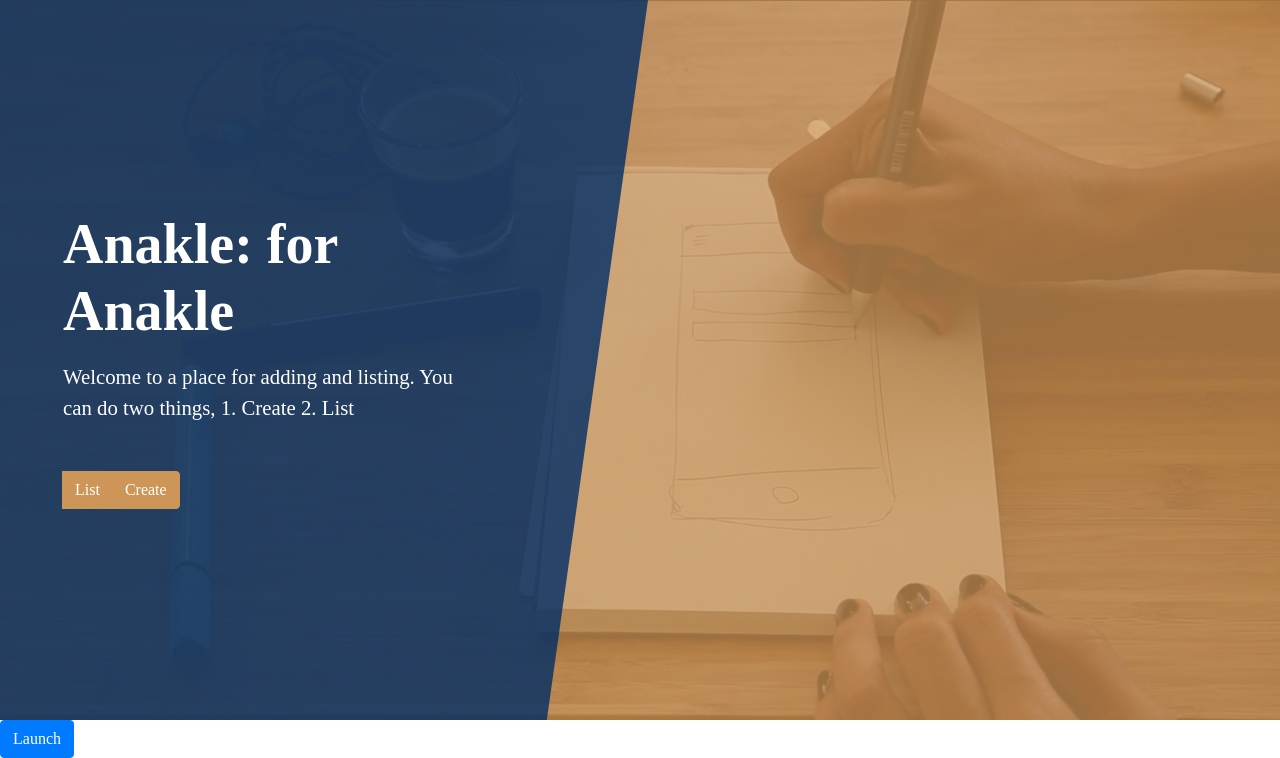
Repository: Guruscode/mega-list
Page: http://localhost/
An editor plug-in stored every save of this project. The page is shown before and after a run of saves, followed by the edit.
The browser window is 1280 px wide. The pictures show the whole page.
Some web fonts or font styles are not loaded; a fallback is used. The page is run by PHP 8.4 with error messages shown; the project is at /var/www/html/.

Above is the page before, as saved 2018-02-22 16:20:07.
Console error: TypeError: Cannot read properties of undefined (reading 'fn')

### index.php
<!DOCTYPE html>
<html lang="en">
<head>
    <meta charset="UTF-8">
    <meta name="viewport" content="width=device-width, initial-scale=1.0">
    <meta http-equiv="X-UA-Compatible" content="ie=edge">

    <link rel="stylesheet" href="css/bootstrap.min.css">
    <link href="css/welcome.min.css" rel="stylesheet">
    <link href="https://fonts.googleapis.com/css?family=Source+Sans+Pro:200,200i,300,300i,400,400i,600,600i,700,700i,900,900i" rel="stylesheet">
    <link href="https://fonts.googleapis.com/css?family=Merriweather:300,300i,400,400i,700,700i,900,900i" rel="stylesheet">
    <link href="vendor/font-awesome/css/font-awesome.min.css" rel="stylesheet">
    <title>Anakle: For Anakle</title>
</head>
<body>

        <div class="overlay"></div>

        <div class="masthead">
        <div class="masthead-bg"></div>
        <div class="container h-100">
            <div class="row h-100">
            <div class="col-12 my-auto">
                <div class="masthead-content text-white py-5 py-md-0">
                <h1 class="mb-3">Anakle: for Anakle</h1>
                <p class="mb-5">Welcome to a place for adding and listing. You can do two things, 1. Create 2. List</p>
                <div class="input-group input-group-newsletter">

                    <div class="input-group-append">
                    <a class="btn btn-secondary pull-left">List</a>
                    <a onclick="checklogin()"  class="btn btn-secondary pull-right">Create</a>
                    </div>
                </div>
                </div>
            </div>
            </div>
        </div>
        </div>

<!-- login register modal starts-->


<!-- Button trigger modal -->
<button type="button" class="btn btn-primary" id="register_modal" data-toggle="modal" data-target="#exampleModalCenter">
  Launch
</button>

<!-- Modal -->
<div class="modal fade" id="exampleModalCenter" tabindex="-1" role="dialog" aria-labelledby="exampleModalCenterTitle" aria-hidden="true">
  <div class="modal-dialog modal-dialog-centered" role="document">
    <div class="modal-content">
      <div class="modal-header">
        <h5 class="modal-title" id="exampleModalLongTitle">Login</h5>
        <button type="button" class="close" data-dismiss="modal" aria-label="Close">
          <span aria-hidden="true">&times;</span>
        </button>
      </div>
      <div class="modal-body">

            <div class="col-6">Email</div><div class="col-6"><input type="text" name="email" /></div>
            <div class="col-6">Password</div><div class="col-6"><input type="text" name="password" /></div>

      </div>
      <div class="modal-footer">
        <button type="button" class="btn btn-danger" data-dismiss="modal">Close</button>
        <button onclick="login()" type="button" class="btn btn-primary">login</button>
        <a  class="btn btn-default">No Account? Register</button>
      </div>
    </div>
  </div>
</div>

<!-- Login Register Modal Ends -->

<script src="js/bootstrap.min.js"></script>
<script src="js/jquery-3.3.1.min.js"></script>
<script src="js/bootstrap.bundle.min.js"></script>
<script src="js/jquery.vide.min.js"></script>
<script src="js/welcome.min.js"></script>

<script>

    function checklogin(){

        $.ajax('checkuserlogin.php', {
            data: {
                id: null
            }
        })
        .then(
            function success(response) {
                if(response == 'yes'){
                    console.log('display add form');
                    $('#login_modal').click();
                }else{
                    console.log('display login form');
                    $('#register_modal').click();
                }

                console.log(response);
            },

            function fail(data, status) {
                alert(status);
            }
        );

    }

    function login(){



    }

</script>

</body>
</html>

Loaded but not shown: css/bootstrap.min.css (library); css/welcome.min.css (common file); js/bootstrap.min.js (library); js/jquery-3.3.1.min.js (library); js/bootstrap.bundle.min.js (library); js/jquery.vide.min.js (library); js/welcome.min.js (common file)

After the next 2 saves:
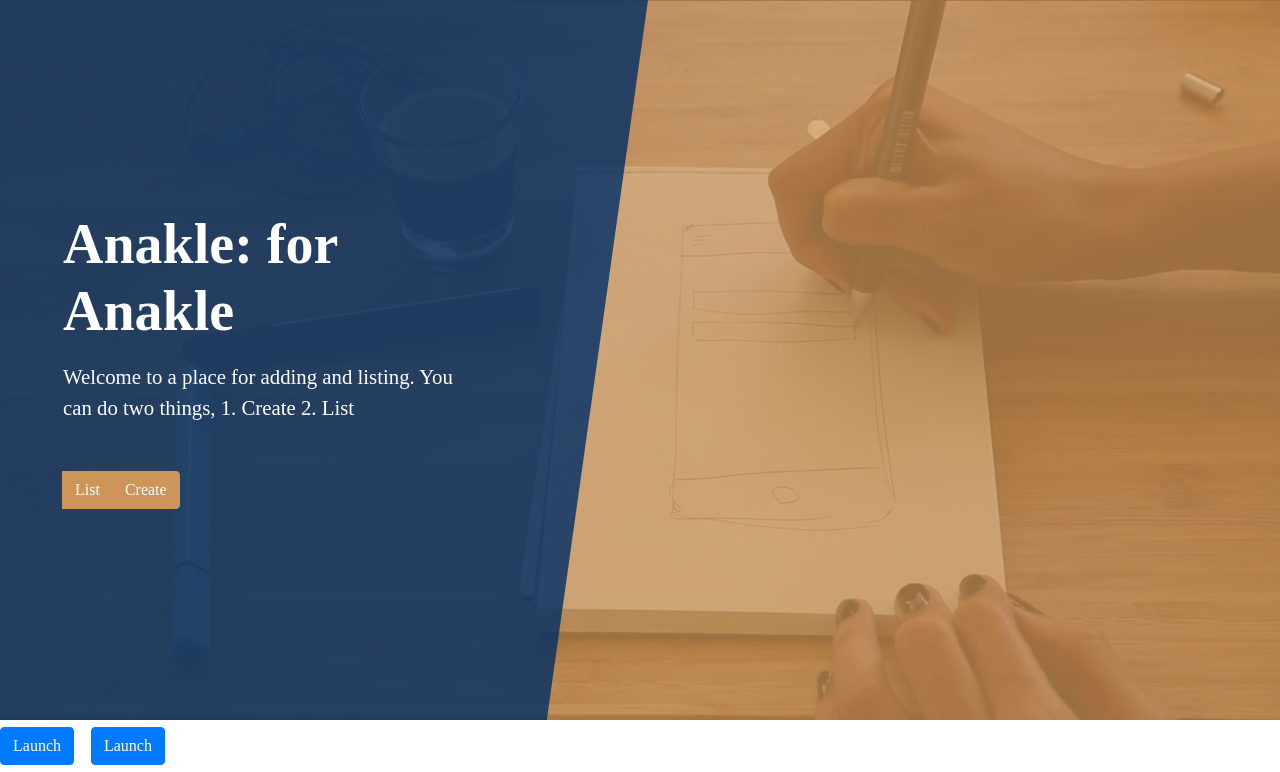
The 2 saves are shown as one change because they came seconds apart.
The last was saved 43 s later.
--- a/index.php
+++ b/index.php
@@ -37,7 +37,7 @@
         </div>
         </div>
 
-<!-- login register modal starts-->
+<!-- login modal starts-->
 
 
 <!-- Button trigger modal -->
@@ -57,6 +57,43 @@
       </div>
       <div class="modal-body">
 
+            <div class="col-6">Email</div><div class="col-6"><input type="text" name="email" /></div>
+            <div class="col-6">Password</div><div class="col-6"><input type="text" name="password" /></div>
+
+      </div>
+      <div class="modal-footer">
+        <button type="button" class="btn btn-danger" data-dismiss="modal">Close</button>
+        <button onclick="login()" type="button" class="btn btn-primary">login</button>
+        <a  class="btn btn-default">No Account? Register</button>
+      </div>
+    </div>
+  </div>
+</div>
+
+<!-- Login Register Modal Ends -->
+
+
+<!-- register modal starts-->
+
+
+<!-- Button trigger modal -->
+<button type="button" class="btn btn-primary" id="register_modal" data-toggle="modal" data-target="#exampleModalCenter">
+  Launch
+</button>
+
+<!-- Modal -->
+<div class="modal fade" id="exampleModalCenter" tabindex="-1" role="dialog" aria-labelledby="exampleModalCenterTitle" aria-hidden="true">
+  <div class="modal-dialog modal-dialog-centered" role="document">
+    <div class="modal-content">
+      <div class="modal-header">
+        <h5 class="modal-title" id="exampleModalLongTitle">Register</h5>
+        <button type="button" class="close" data-dismiss="modal" aria-label="Close">
+          <span aria-hidden="true">&times;</span>
+        </button>
+      </div>
+      <div class="modal-body">
+
+            <div class="col-6">Name</div><div class="col-6"><input type="text" name="name" /></div>
             <div class="col-6">Email</div><div class="col-6"><input type="text" name="email" /></div>
             <div class="col-6">Password</div><div class="col-6"><input type="text" name="password" /></div>
 
